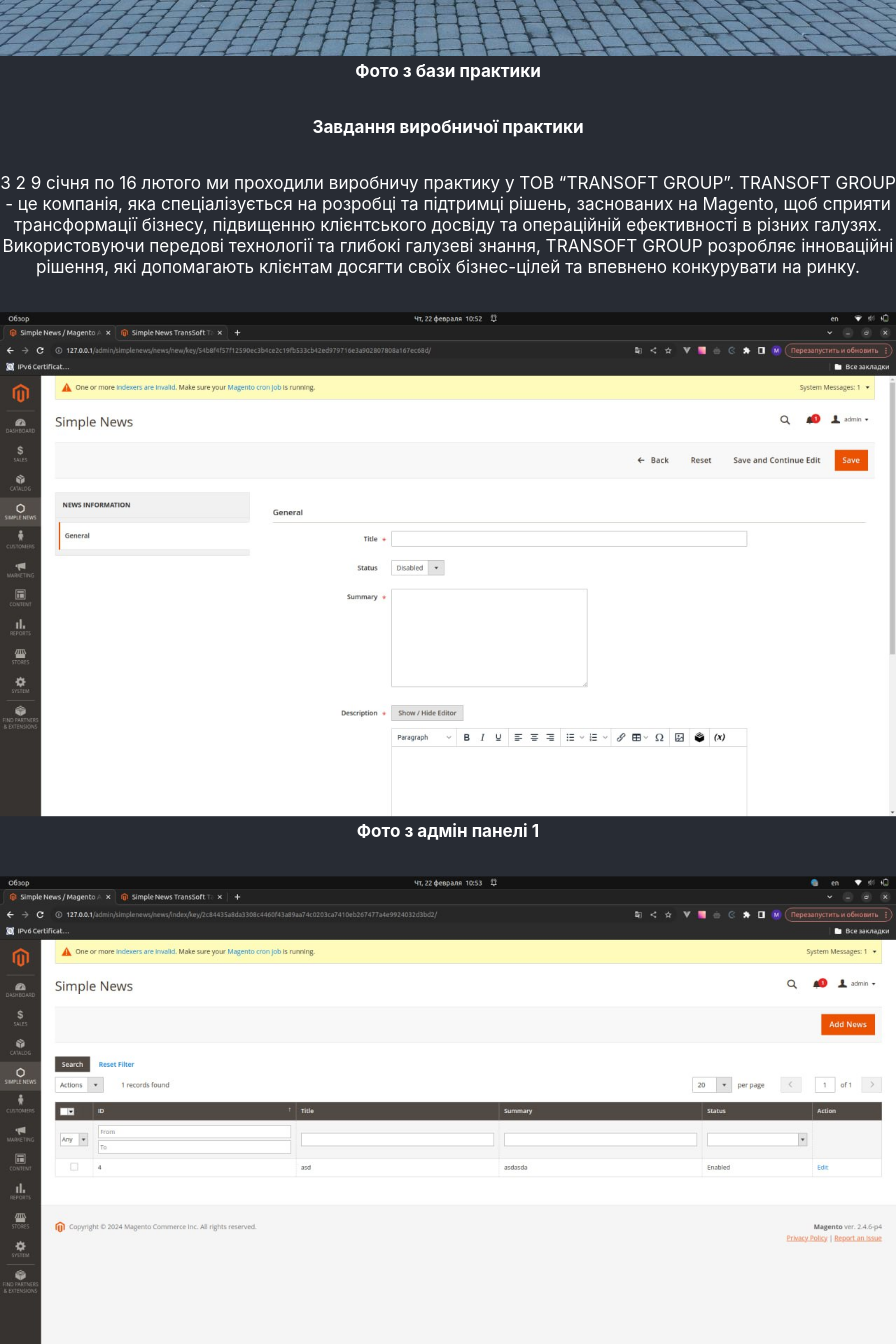
Repository: rutsguifd/prac-report
Page: /
These files come from the project's save history. The page is drawn as it stood at one moment and after the next save; the edit follows.
The browser window is 1280 px wide. The pictures show the part of the page from y = 1290 to 3210 px (the page is 4524 px tall before and 4554 px after), at 70% of full size.
The project was rebuilt for these pictures with package versions that can differ from the ones it lists, and the page was loaded fresh each time.

Above is the page before, as saved 2024-02-22 13:43:26.

After the next save:
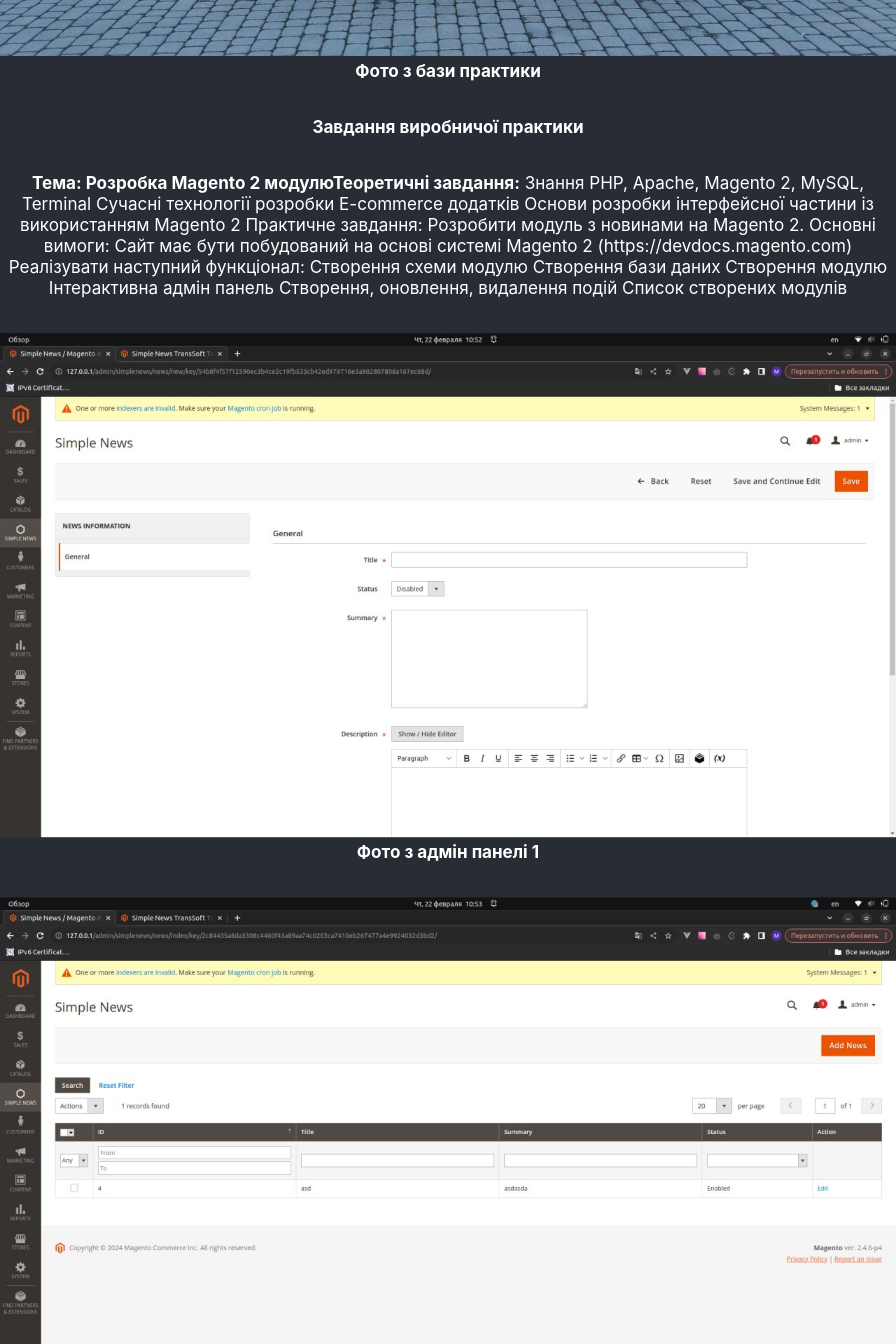
Saved 48 s later.
--- a/src/App.js
+++ b/src/App.js
@@ -27,14 +27,16 @@
           </div>
           <b>Завдання виробничої практики</b>
           <div style={{ margin: "50px 0" }}>
-            З 2 9 січня по 16 лютого ми проходили виробничу практику у ТОВ
-            “TRANSOFT GROUP”. TRANSOFT GROUP - це компанія, яка спеціалізується
-            на розробці та підтримці рішень, заснованих на Magento, щоб сприяти
-            трансформації бізнесу, підвищенню клієнтського досвіду та
-            операційній ефективності в різних галузях. Використовуючи передові
-            технології та глибокі галузеві знання, TRANSOFT GROUP розробляє
-            інноваційні рішення, які допомагають клієнтам досягти своїх
-            бізнес-цілей та впевнено конкурувати на ринку.
+            <b>Тема: Розробка Magento 2 модулю</b>
+            <b>Теоретичні завдання:</b> Знання PHP, Apache, Magento 2, MySQL,
+            Terminal Сучасні технології розробки E-commerce додатків Основи
+            розробки інтерфейсної частини із використанням Magento 2 Практичне
+            завдання: Розробити модуль з новинами на Magento 2. Основні вимоги:
+            Сайт має бути побудований на основі системі Magento 2
+            (https://devdocs.magento.com) Реалізувати наступний функціонал:
+            Створення схеми модулю Створення бази даних Створення модулю
+            Інтерактивна адмін панель Створення, оновлення, видалення подій
+            Список створених модулів
           </div>
           <div style={{ margin: "50px 0" }}>
             <img src={IM1} alt="alt" width="100%" />
